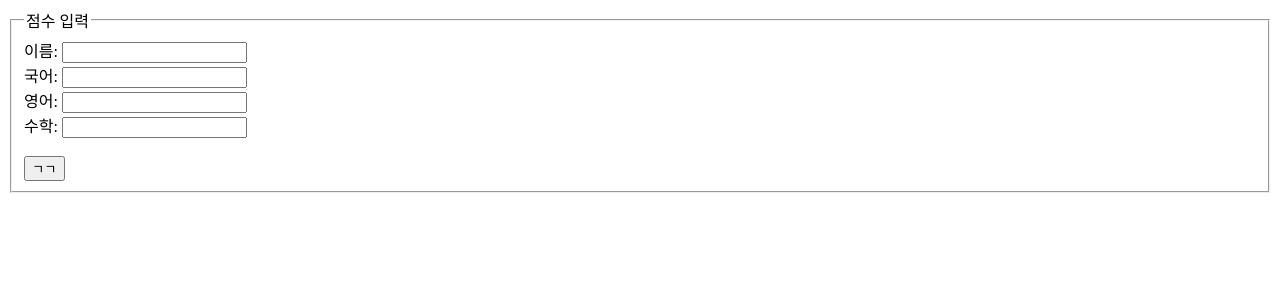
Repository: BosuMamemon/JSP_work
Page: http://localhost/JSP_Project/exam/scoreInput_jquery.jsp
The author's editor kept a copy of each file at every save. The page is drawn from the files as they stood at one save, then again after the next save.
The browser window is 1280 px wide. The pictures show the whole page.
The page is served by Tomcat 9.

Above is the page before, as saved 2025-02-27 03:25:07.

After the next save:
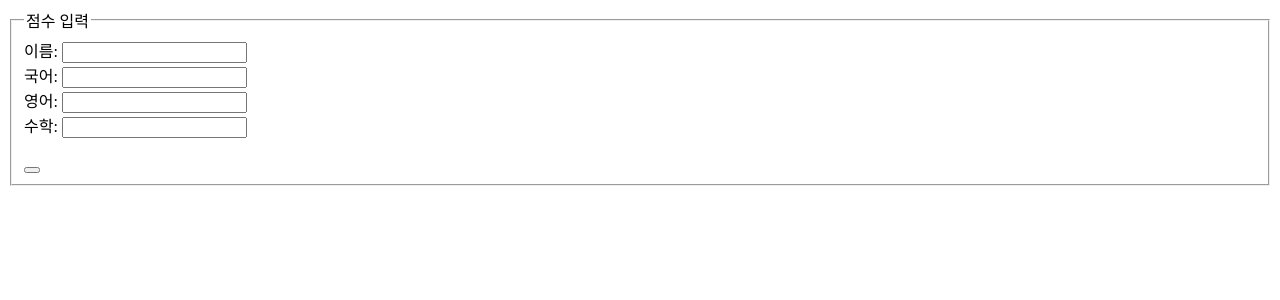
Saved 5 s later.
--- a/workspace/JSP_Project/src/main/webapp/exam/scoreInput_jquery.jsp
+++ b/workspace/JSP_Project/src/main/webapp/exam/scoreInput_jquery.jsp
@@ -24,7 +24,7 @@
 				<label for='math'>수학: </label>
 				<input type='number' id='math' name='math'>
 				<br><br>
-				<button type="button" id='button'>ㄱㄱ</button>	<!-- button 태그는 submit을 그냥 포함함 -->
+				<button type="button" id="button>ㄱㄱ</button>	<!-- button 태그는 submit을 그냥 포함함 -->
 			</fieldset>
 		</form>
 	</body>

After the save that followed:
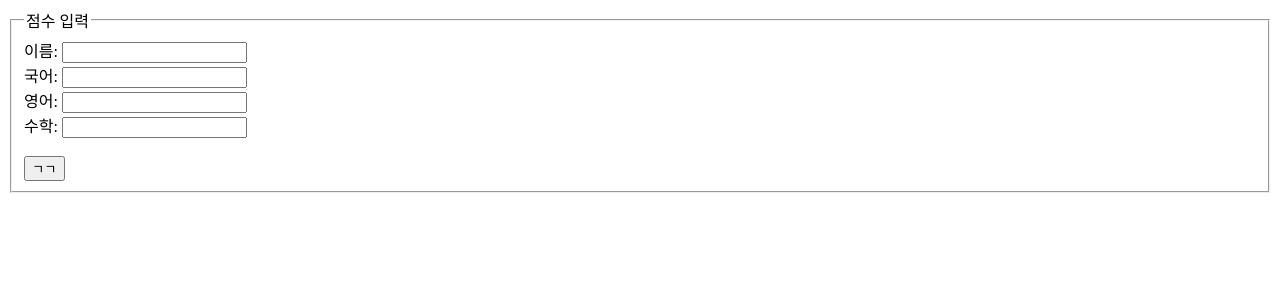
Saved 1 s later.
--- a/workspace/JSP_Project/src/main/webapp/exam/scoreInput_jquery.jsp
+++ b/workspace/JSP_Project/src/main/webapp/exam/scoreInput_jquery.jsp
@@ -24,7 +24,7 @@
 				<label for='math'>수학: </label>
 				<input type='number' id='math' name='math'>
 				<br><br>
-				<button type="button" id="button>ㄱㄱ</button>	<!-- button 태그는 submit을 그냥 포함함 -->
+				<button type="button" id="button">ㄱㄱ</button>	<!-- button 태그는 submit을 그냥 포함함 -->
 			</fieldset>
 		</form>
 	</body>
